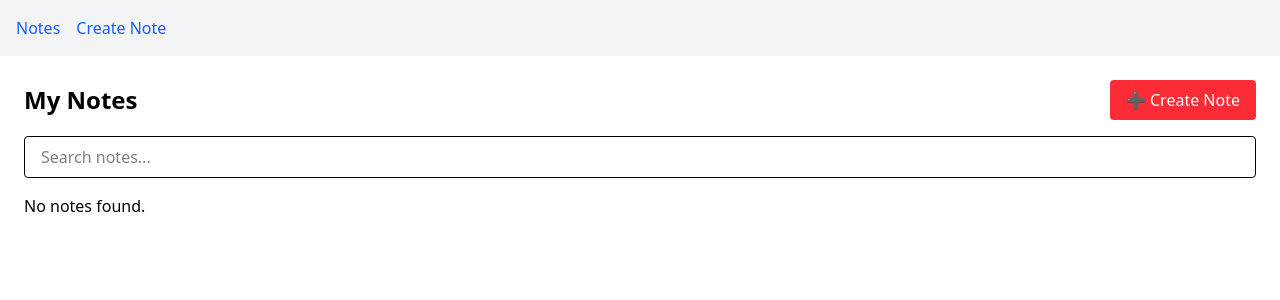
Repository: pin-seavmuy/NoteApplication
Page: / (app in note-vue/)
These files come from the project's save history. The page is drawn as it stood at one moment and after a run of saves; the edit follows.
The browser window is 1280 px wide. The pictures show the whole page.
The page's requests for data from a server got no answer. The project was rebuilt for these pictures with package versions that can differ from the ones it lists, and the page was loaded fresh each time. No one was signed in, and anything a server would have sent is missing. Also part of the build but not shown: note-vue/vite.config.ts, note-vue/src/components/NoteWrapper.vue, note-vue/src/views/CreateNote.vue, note-vue/src/views/NoteDetail.vue, note-vue/src/views/UpdateNote.vue.

Above is the page before, as saved 2025-09-16 10:45:21.

### note-vue/src/main.ts
// import { createApp } from 'vue'
// import './style.css'
// import App from './App.vue'

// createApp(App).mount('#app')


import { createApp } from 'vue'
import App from './App.vue'
import router from './router'
import './style.css'

const app = createApp(App)
app.use(router)
app.mount('#app')

### note-vue/src/App.vue
<script setup lang="ts">
  import HelloWorld from './components/HelloWorld.vue'
  import NotesList from '../components/NotesList.vue'
</script>

<!-- <template>
  <div>
    <HelloWorld msg="Vite + Vue" />
    <NotesList />
  </div>
</template> -->

<template>
  <div>
    <nav class="p-4 bg-gray-100 flex space-x-4">
      <router-link to="/" class="text-blue-600 hover:underline">Notes</router-link>
      <router-link to="/create" class="text-blue-600 hover:underline">Create Note</router-link>
    </nav>

    <router-view />
  </div>
</template>

<style scoped>
</style>

### note-vue/src/router/index.ts
import { createRouter, createWebHistory } from 'vue-router'

import NotesList from '../views/NotesList.vue'
import CreateNote from '../views/CreateNote.vue'
import NoteDetail from '../views/NoteDetail.vue'
import UpdateNote from '../views/UpdateNote.vue'

const routes = [
  {
    path: '/',
    name: 'NotesList',
    component: NotesList,
  },
  {
    path: '/create',
    name: 'CreateNote',
    component: CreateNote,
  },
  {
    path: '/notes/:id',
    name: 'NoteDetail',
    component: NoteDetail,
    props: true,
  },
    {
    path: '/notes/:id/edit',
    name: 'UpdateNote',
    component: UpdateNote,
    props: true
    }
]

const router = createRouter({
  history: createWebHistory(),
  routes,
})

export default router

### note-vue/src/views/NotesList.vue
<template>
  <div class="p-6">
    <div class="flex items-center justify-between mb-4">
      <h1 class="text-2xl font-bold">My Notes</h1>
      <router-link
        to="/create"
        class="bg-red-500 hover:bg-red-600 text-white text-base px-4 py-2 rounded"
      >
       ➕ Create Note
      </router-link>
    </div>



    <input
      v-model="search"
      type="text"
      placeholder="Search notes..."
      class="px-4 py-2 border rounded w-full mb-4"
    />

    <div v-if="loading">Loading...</div>
    <div v-else-if="filteredNotes.length === 0">No notes found.</div>

    <div
      v-else
      class="grid gap-4 grid-cols-1 sm:grid-cols-2 lg:grid-cols-3 xl:grid-cols-4"
    >
      <NoteWrapper
        v-for="note in filteredNotes"
        :key="note.id"
        :note="note"
      />
    </div>
  </div>
</template>

<script setup lang="ts">
import { ref, computed, onMounted } from 'vue'
import api from '../api/axios'
import NoteWrapper from '../components/NoteWrapper.vue'

interface Note {
  id: number
  title: string
  content: string | null
  createdAt: string
  updatedAt?: string | null
}

const notes = ref<Note[]>([])
const loading = ref(false)
const search = ref('')

async function fetchNotes() {
  loading.value = true
  try {
    const res = await api.get('/Notes')
    notes.value = res.data as Note[]
  } catch (error) {
    console.error('Error fetching notes:', error)
  } finally {
    loading.value = false
  }
}

const filteredNotes = computed(() =>
  notes.value.filter(note =>
    note.title.toLowerCase().includes(search.value.toLowerCase())
  )
)

onMounted(fetchNotes)
</script>

### note-vue/src/api/axios.ts
import axios from 'axios'

const api = axios.create({
  baseURL: 'http://localhost:5258/api',
})

export default api;

Loaded but not shown: note-vue/index.html (common file); note-vue/src/style.css (common file)

After the next 2 saves:
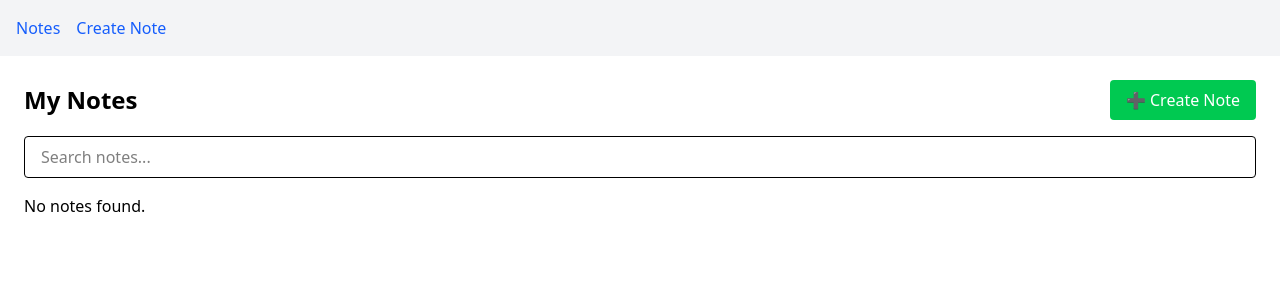
The 2 saves are shown as one change because they came seconds apart.
The last was saved 63 s later.
--- a/note-vue/src/views/NotesList.vue
+++ b/note-vue/src/views/NotesList.vue
@@ -4,7 +4,7 @@
       <h1 class="text-2xl font-bold">My Notes</h1>
       <router-link
         to="/create"
-        class="bg-red-500 hover:bg-red-600 text-white text-base px-4 py-2 rounded"
+        class="bg-green-500 hover:bg-green-600 text-white text-base px-4 py-2 rounded"
       >
        ➕ Create Note
       </router-link>
